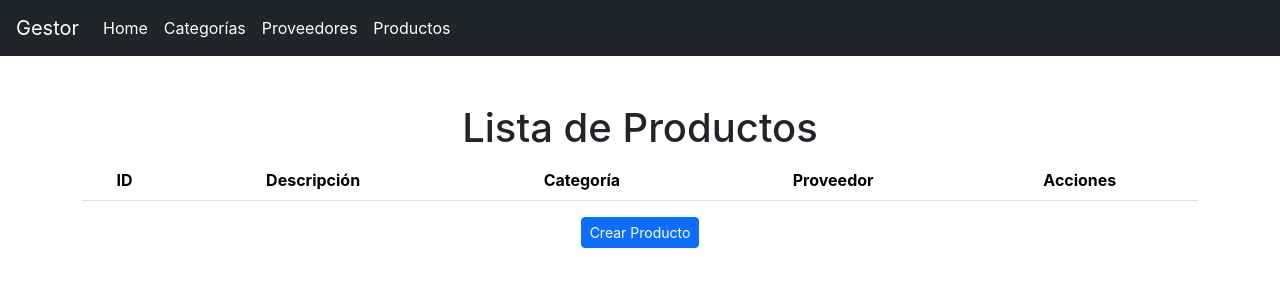
Repository: SantiagoGuaman/gestor-app
Page: /products
The author's editor kept a copy of each file at every save. The page is drawn from the files as they stood at one save, then again after the next save.
The browser window is 1280 px wide. The pictures show the whole page.
The page's requests for data from a server got no answer. The project was rebuilt for these pictures with package versions that can differ from the ones it lists, and the page was loaded fresh each time. No one was signed in, and anything a server would have sent is missing. Also part of the build but not shown: src/App.css, src/Categories/GetDataCategories.js, src/Proveedores/GetDataProviders.js, src/HomePage/HomePage.js.

Above is the page before, as saved 2024-02-15 11:24:20.

### public/index.html
<!DOCTYPE html>
<html lang="en">
  <head>
    <meta charset="utf-8" />
    <link rel="icon" href="%PUBLIC_URL%/favicon.ico" />
    <meta name="viewport" content="width=device-width, initial-scale=1" />
    <meta name="theme-color" content="#000000" />
    <meta
      name="description"
      content="Web site created using create-react-app"
    />
    <link rel="apple-touch-icon" href="%PUBLIC_URL%/logo192.png" />
    <!--
      manifest.json provides metadata used when your web app is installed on a
      user's mobile device or desktop. See https://developers.google.com/web/fundamentals/web-app-manifest/
    -->
    <link href="https://cdn.jsdelivr.net/npm/bootstrap@5.3.2/dist/css/bootstrap.min.css" rel="stylesheet" integrity="sha384-T3c6CoIi6uLrA9TneNEoa7RxnatzjcDSCmG1MXxSR1GAsXEV/Dwwykc2MPK8M2HN" crossorigin="anonymous">
    <link rel="manifest" href="%PUBLIC_URL%/manifest.json" />
    <!--
      Notice the use of %PUBLIC_URL% in the tags above.
      It will be replaced with the URL of the `public` folder during the build.
      Only files inside the `public` folder can be referenced from the HTML.

      Unlike "/favicon.ico" or "favicon.ico", "%PUBLIC_URL%/favicon.ico" will
      work correctly both with client-side routing and a non-root public URL.
      Learn how to configure a non-root public URL by running `npm run build`.
    -->
    <title>Gestor APP</title>
  </head>
  <body>
    <noscript>You need to enable JavaScript to run this app.</noscript>
    <div id="root"></div>
    <!--
      This HTML file is a template.
      If you open it directly in the browser, you will see an empty page.

      You can add webfonts, meta tags, or analytics to this file.
      The build step will place the bundled scripts into the <body> tag.

      To begin the development, run `npm start` or `yarn start`.
      To create a production bundle, use `npm run build` or `yarn build`.
    -->
  </body>
  <script src="https://cdn.jsdelivr.net/npm/bootstrap@5.3.2/dist/js/bootstrap.bundle.min.js" integrity="sha384-C6RzsynM9kWDrMNeT87bh95OGNyZPhcTNXj1NW7RuBCsyN/o0jlpcV8Qyq46cDfL" crossorigin="anonymous"></script>
</html>

### src/App.js
import { BrowserRouter, Route, Routes } from 'react-router-dom';
import './App.css';
import GetDataCategories from './Categories/GetDataCategories';
import NavBar from './NavBar/NavBar';
import GetDataProviders from './Proveedores/GetDataProviders';
import HomePage from './HomePage/HomePage';
import GetDataProducts from './Productos/GetDataProducts';

function App() {
  return (
    <BrowserRouter>
      <NavBar />
      <Routes>
        <Route exact path='/' element={<HomePage />} />
        <Route exact path='/categories' element={<GetDataCategories />} />
        <Route exact path='/providers' element={<GetDataProviders />} />
        <Route exact path='/products' element={<GetDataProducts />} />
      </Routes>
    </BrowserRouter>
  );
}

export default App;

### src/NavBar/NavBar.js
import React from 'react'
import { Link } from 'react-router-dom'
import './NavBar.css';

function NavBar() {
    return (
        <nav className="navbar navbar-expand-lg navbar-light bg-dark lg">
            <Link className="navbar-brand ms-3" to="/">Gestor</Link>
            <button className="navbar-toggler" type="button" data-toggle="collapse" data-target="#navbarNav" aria-controls="navbarNav" aria-expanded="false" aria-label="Toggle navigation">
                <span className="navbar-toggler-icon"></span>
            </button>
            <div className="collapse navbar-collapse" id="navbarNav">
                <ul className="navbar-nav" >
                    <li className="nav-item active">
                        <Link className="nav-link" to="/">Home</Link>
                    </li>
                    <li className="nav-item">
                        <Link className="nav-link" to="/categories">Categorías</Link>
                    </li>
                    <li className="nav-item">
                        <Link className="nav-link" to="/providers">Proveedores</Link>
                    </li>
                    <li className="nav-item">
                        <Link className="nav-link" to="/products">Productos</Link>
                    </li>
                </ul>
            </div>
        </nav>
    )
}

export default NavBar

### src/Productos/GetDataProducts.js
import React, { useEffect, useState } from 'react'

function GetDataProducts() {
    const endPoint = 'http://localhost:8080/api/productos';

    const [productos, setProductos] = useState([]);
    const [newProducto, setNewProducto] = useState({
        descripcion: '',
        categoria: '',
        proveedor: ''
    });

    const [editProducto, setEditProducto] = useState({
        descripcion: '',
        categoria: '',
        proveedor: ''
    });

    const [isCreateModalOpen, setCreateModalOpen] = useState(false);

    const fetchData = async () => {
        try {
            const response = await fetch(endPoint);
            if (response.ok) {
                const data = await response.json();
                setProductos(data);
            }
        } catch (error) {
            console.error("Error fetching data:", error);
        }
    };

    const handleCreate = async () => {
        try {
            const response = await fetch(endPoint, {
                method: 'POST',
                headers: {
                    'Content-Type': 'application/json',
                },
                body: JSON.stringify(newProducto),
            });

            if (response.ok) {
                console.log('Producto creado exitosamente');
                fetchData();
                setNewProducto({
                    descripcion: '',
                    categoria: '',
                    proveedor: ''
                });
                setCreateModalOpen(false);
            } else {
                console.error('Error al crear el Producto');
            }
        } catch (error) {
            console.error('Error al procesar la solicitud de creación:', error);
        }
    };

    const handleEdit = (producto) => {
        setEditProducto(producto);
    };

    const handleUpdate = async () => {
        try {
            const response = await fetch(`${endPoint}/${editProducto.id_producto}`, {
                method: 'PUT',
                headers: {
                    'Content-Type': 'application/json',
                },
                body: JSON.stringify(editProducto),
            });

            if (response.ok) {
                console.log('Producto actualizado exitosamente');
                fetchData();
                setEditProducto({
                    descripcion: '',
                    categoria: '',
                    proveedor: ''
                });
            } else {
                console.error('Error al actualizar el Producto');
            }
        } catch (error) {
            console.error('Error al procesar la solicitud de actualización:', error);
        }
    };

    const handleDelete = async (id) => {
        try {
            const response = await fetch(`${endPoint}/${id}`, {
                method: 'DELETE',
            });

            if (response.ok) {
                console.log('Producto eliminado exitosamente');
                fetchData();
            } else {
                console.error('Error al eliminar el Producto');
            }
        } catch (error) {
            console.error('Error al procesar la solicitud de eliminación:', error);
        }
    }

    useEffect(() => {
        fetchData();
    }, []);

    return (
        <div className='container text-center mt-5'>
            <h1>Lista de Productos</h1>
            <table className="table table-hover">
                <thead>
                    <tr>
                        <th>ID</th>
                        <th>Descripción</th>
                        <th>Categoría</th>
                        <th>Proveedor</th>
                        <th>Acciones</th>
                    </tr>
                </thead>
                <tbody>
                    {productos.map((producto) => (
                        <tr key={producto.id_producto}>
                            <td>{producto.id_producto}</td>
                            <td>{producto.descripcion}</td>
                            <td>{producto.precio}</td>
                            <td>{producto.categoria.descripcion}</td>
                            <td>{producto.proveedor.nombre}</td>
                            <td>
                                <button className='btn btn-secondary btn-sm me-2' onClick={() => handleEdit(producto)}>Editar</button>
                                <button className='btn btn-danger btn-sm' onClick={() => handleDelete(producto.id_producto)}>Eliminar</button>
                            </td>
                        </tr>
                    ))}
                </tbody>
            </table>
            <button className='btn btn-primary btn-sm' onClick={() => setCreateModalOpen(true)}>Crear Producto</button>
            {isCreateModalOpen && (
                <div className="modal" tabIndex="-1" role="dialog" style={{ display: 'block' }}>
                    <div className="modal-dialog" role="document">
                        <div className="modal-content">
                            <div className="modal-header">
                                <h5 className="modal-title">Crear Nuevo Producto</h5>
                                <button type="button" className="close" data-dismiss="modal" aria-label="Close" onClick={() => setCreateModalOpen(false)}>
                                    <span aria-hidden="true">&times;</span>
                                </button>
                            </div>

                            <div className="modal-body" style={{ display: 'flex', flexDirection: 'column' }}>
                                <input className='form-control mt-3'
                                    type="text"
                                    placeholder="Descripción"
                                    value={newProducto.descripcion}
                                    onChange={(e) => setNewProducto({ ...newProducto, descripcion: e.target.value })}
                                />
                                <input className='form-control mt-3'
                                    type="text"
                                    placeholder="Categoría"
                                    value={newProducto.categoria}
                                    onChange={(e) => setNewProducto({ ...newProducto, categoria: e.target.value })}
                                />
                                <input className='form-control mt-3'
                                    type="text"
                                    placeholder="Proveedor"
                                    value={newProducto.proveedor}
                                    onChange={(e) => setNewProducto({ ...newProducto, proveedor: e.target.value })}
                                />
                            </div>
                            <div className="modal-footer mt-3">
                                <button type="button" className="btn btn-primary" onClick={handleCreate}>Crear</button>
                                <button type="button" className="btn btn-secondary" onClick={() => setCreateModalOpen(false)}>Cancelar</button>
                            </div>
                        </div>
                    </div>
                </div>

            )}

            {editProducto.id_producto && (
                <div>
                    <h2>Editar Producto</h2>
                    <input
                        type="text"
                        value={editProducto.descripcion}
                        onChange={(e) => setEditProducto({ ...editProducto, descripcion: e.target.value })}
                    />
                    <input
                        type="text"
                        value={editProducto.categoria}
                        onChange={(e) => setEditProducto({ ...editProducto, categoria: e.target.value })}
                    />
                    <input
                        type="text"
                        value={editProducto.proveedor}
                        onChange={(e) => setEditProducto({ ...editProducto, proveedor: e.target.value })}
                    />
                    <button className='btn btn-success' onClick={handleUpdate}>Guardar</button>
                </div>
            )}
        </div>
    );
}

export default GetDataProducts

### src/NavBar/NavBar.css
.nav-link {
    color: #FFFFFF;
}

.nav-link:hover {
    color: #eae9e98c;
}

.navbar-brand {
    color: #FFFFFF;
}

Loaded but not shown: src/index.js (common file); src/index.css (common file); src/reportWebVitals.js (common file)

After the next save:
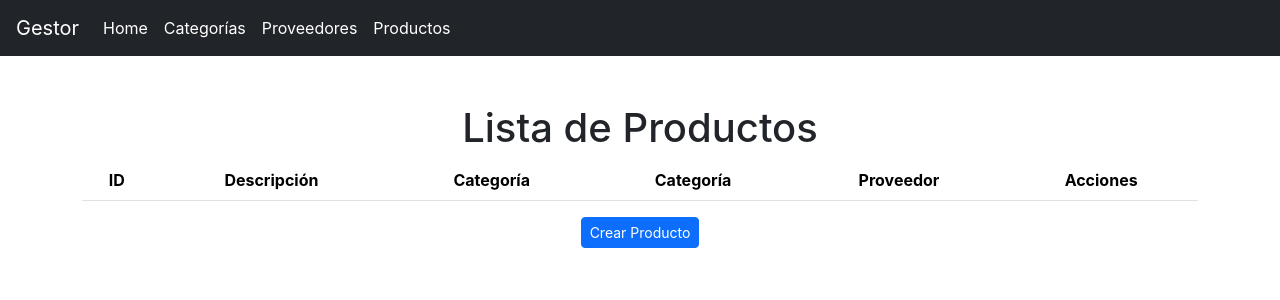
Saved 19 s later.
--- a/src/Productos/GetDataProducts.js
+++ b/src/Productos/GetDataProducts.js
@@ -116,6 +116,7 @@ function GetDataProducts() {
                     <tr>
                         <th>ID</th>
                         <th>Descripción</th>
+                        <th>Categoría</th>
                         <th>Categoría</th>
                         <th>Proveedor</th>
                         <th>Acciones</th>
